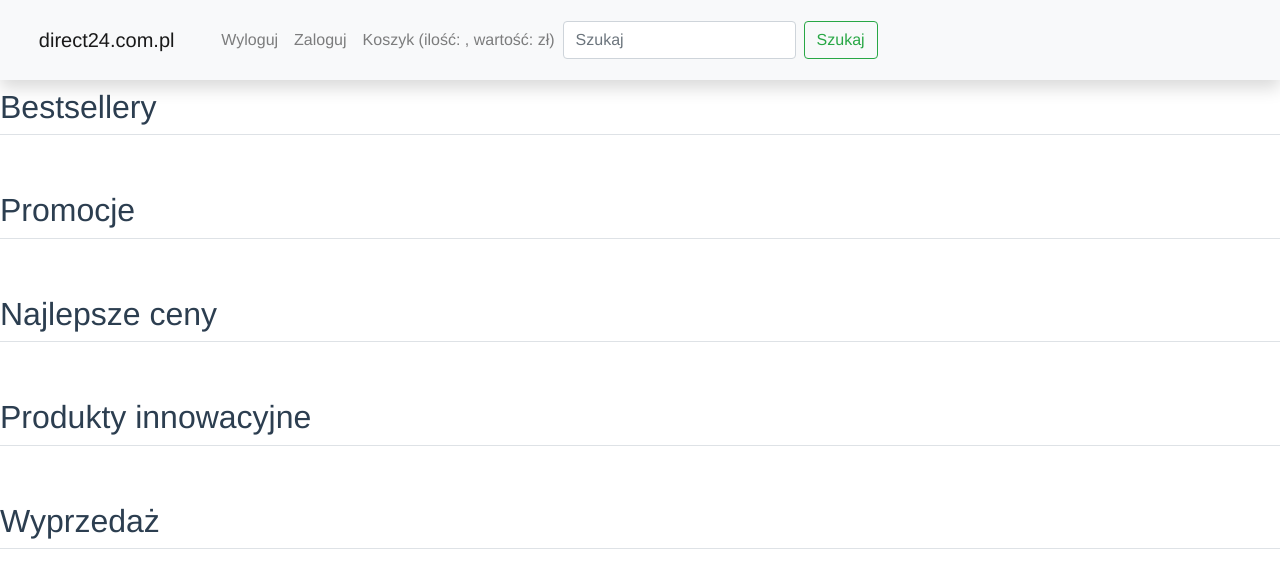
Repository: MichalDaniluk/pshop2
Page: / (app in pshop/)
An editor plug-in stored every save of this project. The page is shown before and after the next save, followed by the edit.
The browser window is 1280 px wide. The pictures show the whole page.
The page's requests for data from a server got no answer. Some web libraries are served in a nearby version. The project was rebuilt for these pictures with package versions that can differ from the ones it lists, and the page was loaded fresh each time. No one was signed in, and anything a server would have sent is missing. Also part of the build but not shown: pshop/src/components/ProductBox.vue, pshop/src/views/Product.vue, pshop/src/views/Cart.vue.

Above is the page before, as saved 2019-02-02 22:59:01.

### pshop/public/index.html
<!DOCTYPE html>
<html lang="pl">
  <head>
    <meta charset="utf-8">
    <meta http-equiv="X-UA-Compatible" content="IE=edge">
    <meta name="viewport" content="width=device-width,initial-scale=1.0">
    <link rel="icon" href="<%= BASE_URL %>favicon.ico">
    <link rel="stylesheet" href="https://stackpath.bootstrapcdn.com/bootstrap/4.2.1/css/bootstrap.min.css" integrity="sha384-GJzZqFGwb1QTTN6wy59ffF1BuGJpLSa9DkKMp0DgiMDm4iYMj70gZWKYbI706tWS" crossorigin="anonymous">
    <script src="https://code.jquery.com/jquery-3.3.1.slim.min.js" integrity="sha384-q8i/X+965DzO0rT7abK41JStQIAqVgRVzpbzo5smXKp4YfRvH+8abtTE1Pi6jizo" crossorigin="anonymous"></script>
    <script src="https://cdnjs.cloudflare.com/ajax/libs/popper.js/1.14.6/umd/popper.min.js" integrity="sha384-wHAiFfRlMFy6i5SRaxvfOCifBUQy1xHdJ/yoi7FRNXMRBu5WHdZYu1hA6ZOblgut" crossorigin="anonymous"></script>
    <script src="https://stackpath.bootstrapcdn.com/bootstrap/4.2.1/js/bootstrap.min.js" integrity="sha384-B0UglyR+jN6CkvvICOB2joaf5I4l3gm9GU6Hc1og6Ls7i6U/mkkaduKaBhlAXv9k" crossorigin="anonymous"></script>
    <title>pshop</title>
  </head>
  <body>
    <noscript>
      <strong>We're sorry but pshop doesn't work properly without JavaScript enabled. Please enable it to continue.</strong>
    </noscript>
    <div id="app"></div>
    <!-- built files will be auto injected -->
  </body>
</html>

### pshop/src/App.vue
<template>
  <div id="app">
    <nav id="topnav" class="navbar navbar-expand-lg navbar-light bg-light flex-md-nowrap p-0 shadow" style="height:80px">
      <a class="navbar-brand col-sm-3 col-md-2 mr-0" href="/"><i class="fas fa-building"></i> direct24.com.pl</a>
      <div class="collapse navbar-collapse" id="navbarNavAltMarkup">
          <div class="navbar-nav">
          <a class="nav-item nav-link" href="/logout"><i class="fas fa-user"></i> Wyloguj</a>
          <a class="nav-item nav-link" href="/login"><i class="fas fa-user"></i> Zaloguj</a>
          <a class="nav-item nav-link" href="/cart"><i class="fas fa-shopping-cart"></i> Koszyk (ilość: , wartość:  zł)</a>
          </div>
          <form class="form-inline">
              <input class="form-control mr-sm-2" type="search" placeholder="Szukaj" aria-label="Szukaj">
              <button class="btn btn-outline-success my-2 my-sm-0" type="submit"><i class="fas fa-search"></i> Szukaj</button>
          </form>
  </div>

        </nav>
    <router-view/>
  </div>
</template>

<style lang="scss">
#app {
  font-family: 'Avenir', Helvetica, Arial, sans-serif;
  -webkit-font-smoothing: antialiased;
  -moz-osx-font-smoothing: grayscale;
  text-align: center;
  color: #2c3e50;
}
#nav {
  padding: 30px;
  a {
    font-weight: bold;
    color: #2c3e50;
    &.router-link-exact-active {
      color: #42b983;
    }
  }
}
</style>

### pshop/src/router.js
import Vue from 'vue'
import Router from 'vue-router'
import Home from './views/Home.vue'
import Product from './views/Product.vue'
import Cart from './views/Cart.vue'

Vue.use(Router)

export default new Router({
  mode: 'history',
  base: process.env.BASE_URL,
  routes: [
    {
      path: '/',
      name: 'home',
      component: Home
    },
    {
      path: '/',
      name: 'cart',
      component: Cart
    },
    {
      path: '/product/:id',
      name: 'product',
      component: Product
    }
  ]
})

### pshop/src/store.js
import Vue from 'vue'
import Vuex from 'vuex'
import Axios from 'axios';

Vue.use(Vuex)

export default new Vuex.Store({
  state: {
    token: localStorage.getItem('access_token') || null,
    domain: 'http://localhost:8080',
    api: 'http://api.direct24.com.pl/api',
    cart: {
      count: 0,
      value: 0
    }
  },
  getters: {
      loggedIn(state) {
        return state.token !== null
      }
  },
  mutations: {
    retriveToken(state, token) {
      state.token = token
    },
    destroyToken(state) {
      state.token = null
    }
  },
  actions: {
      destroyToken(context) {
        if( context.getters.loggedIn)
        {
          return new Promise((resolve, reject) => {
            Axios.post(`${this.state.api}/users/logout`)
            .then(response => {
              localStorage.removeItem('access_token')
              context.commit('destroyToken')
              resolve(response)
            })
            .catch(error => {
              localStorage.removeItem('access_token')
              context.commit('destroyToken')
              reject(error)
            })
          })
        }
      },
      retriveToken(context, credentials) {
        return new Promise((resolve, reject) => {
        Axios.post(`${this.state.api}/users/login`, {
          username: credentials.username,
          password:credentials.password
        })
        .then(response => {
          const token = response.data.token
          localStorage.setItem('access_token', token)
          context.commit('retriveToken', token)
          resolve(response)
        })
        .catch(error => {
          reject(error)
        })
      })
    }

  }
})

### pshop/src/views/Home.vue
<template>
  <div id="start" class="col-md-12">

    <div class="row mt-2 border-bottom mb-2"><h2>Bestsellery</h2></div>
    <div class="row">
        <div class="col-md-2 col-xs-12"  v-for="item in bestsellers" :key="item.id">
            <ProductBox v-bind:item=item></ProductBox>
        </div>
    </div>

    <div class="row mt-5 border-bottom mb-2"><h2>Promocje</h2></div>
    <div class="row">
        <div class="col-md-2 col-xs-12"  v-for="item in promotions" :key="item.id">
            <ProductBox v-bind:item=item></ProductBox>
        </div>
    </div>

    <div class="row mt-5 border-bottom mb-2"><h2>Najlepsze ceny</h2></div>
    <div class="row">
        <div class="col-md-2 col-xs-12"  v-for="item in bestprices" :key="item.id">
            <ProductBox v-bind:item=item></ProductBox>
        </div>
    </div>

    <div class="row mt-5 border-bottom mb-2"><h2>Produkty innowacyjne</h2></div>
    <div class="row">
        <div class="col-md-2 col-xs-12"  v-for="item in innovatives" :key="item.id">
            <ProductBox v-bind:item=item></ProductBox>
        </div>
    </div>

    <div class="row mt-5 border-bottom mb-2"><h2>Wyprzedaż</h2></div>
    <div class="row">
        <div class="col-md-2 col-xs-12" v-for="item in sales" :key="item.id">
            <ProductBox v-bind:item=item></ProductBox>
        </div>
    </div>

</div>
</template>

<script>

import ProductBox from '../components/ProductBox'
import Axios from 'axios'

export default {
    name: 'product-box',
    data() {
      return {
        bestsellers: [],
        promotions: [],
        bestprices: [],
        innovatives: [],
        sales: []
      }
    },
    components: {
      ProductBox
    },
    mounted() {
        this.getBestsellers();
        this.getPromotions();
        this.getPrices();
        this.getInnovatives();
        this.getSales();
    },
    methods: {
        getBestsellers: function() {
            Axios.get(`${this.$store.state.api}/products/bestsellers`)
            .then((response) =>  { this.bestsellers = response.data.lista });
        },
        getPromotions: function() {
            Axios.get(`${this.$store.state.api}/products/promotion`)
            .then((response) =>  { this.promotions = response.data.lista });
        },
        getPrices: function() {
            Axios.get(`${this.$store.state.api}/products/bestprice`)
            .then((response) =>  { this.bestprices = response.data.lista });
        },
        getInnovatives: function() {
            Axios.get(`${this.$store.state.api}/products/innovative`)
            .then((response) =>  { this.innovatives = response.data.lista });
        },
        getSales: function() {
            Axios.get(`${this.$store.state.api}/products/sale`)
            .then((response) =>  { this.sales = response.data.lista });
        }
    }

}

</script>

Loaded but not shown: pshop/src/main.js (common file)

After the next save:
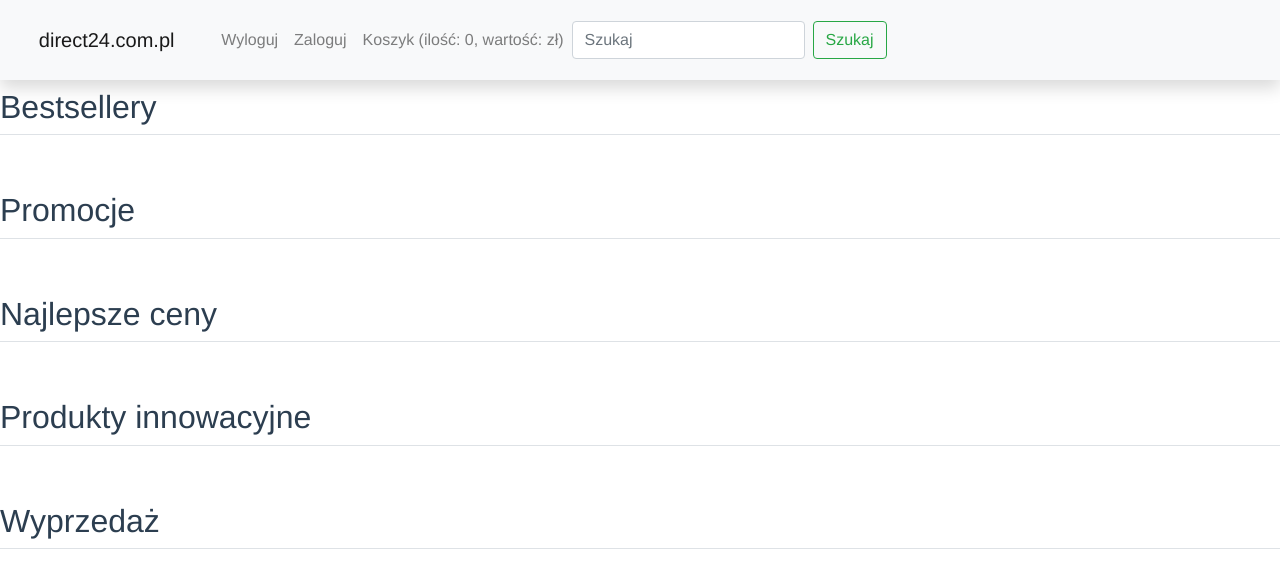
Saved 98 s later.
--- a/pshop/src/App.vue
+++ b/pshop/src/App.vue
@@ -6,7 +6,7 @@
           <div class="navbar-nav">
           <a class="nav-item nav-link" href="/logout"><i class="fas fa-user"></i> Wyloguj</a>
           <a class="nav-item nav-link" href="/login"><i class="fas fa-user"></i> Zaloguj</a>
-          <a class="nav-item nav-link" href="/cart"><i class="fas fa-shopping-cart"></i> Koszyk (ilość: , wartość:  zł)</a>
+          <a class="nav-item nav-link" href="/cart"><i class="fas fa-shopping-cart"></i> Koszyk (ilość: {{ this.$store.state.cart.count }}, wartość:  zł)</a>
           </div>
           <form class="form-inline">
               <input class="form-control mr-sm-2" type="search" placeholder="Szukaj" aria-label="Szukaj">
